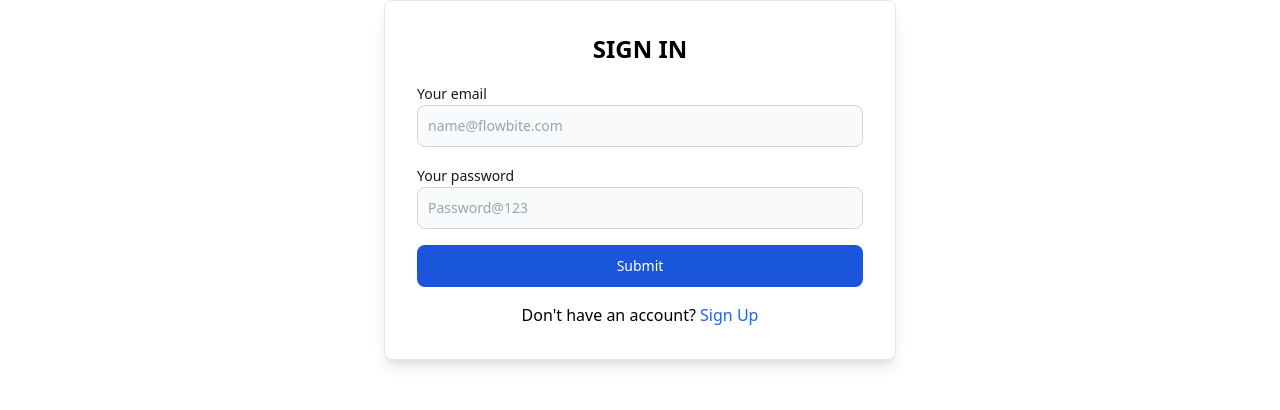
Repository: MahmudShuvo/TeeBay
Page: /dashboard (app in teebay-frontend/)
An editor plug-in stored every save of this project. The page is shown before and after the next save, followed by the edit.
The browser window is 1280 px wide. The pictures show the whole page.
The project was rebuilt for these pictures with package versions that can differ from the ones it lists, and the page was loaded fresh each time. Also part of the build but not shown: teebay-frontend/vite.config.ts, teebay-frontend/src/queries/product.ts, teebay-frontend/src/pages/ConfirmBuy.tsx, teebay-frontend/src/pages/Buy.tsx, teebay-frontend/src/components/ProductCard.tsx, teebay-frontend/src/components/OwnerCard.tsx, teebay-frontend/src/components/LentProducts.tsx, teebay-frontend/src/components/BoughtProducts.tsx and 11 more. Imported but missing from the stored project, and not drawn on this page: teebay-frontend/src/components/SignUp.tsx.

Above is the page before, as saved 2024-07-10 12:05:33.

### teebay-frontend/src/main.tsx
import React from 'react'
import ReactDOM from 'react-dom/client'
import App from './App.jsx'
import {
    ApolloClient,
    InMemoryCache,
    ApolloProvider, createHttpLink,
    // ApolloLink,
    // concat,
    // HttpLink
} from '@apollo/client';
import './index.css'
import {setContext} from "@apollo/client/link/context/index.js";

// const httpLink = new HttpLink({
//   uri: 'http://localhost:4000/graphql',
// });
// const authMiddleware = new ApolloLink((operation, forward) => {
//   const token = window.localStorage.getItem('token');
//   operation.setContext({
//     headers: {
//       authorization: token ? `Bearer ${token}` : '',
//     }
//   });
//   return forward(operation);
// });

// const client = new ApolloClient({
//     uri: 'http://localhost:4000/graphql',
//     cache: new InMemoryCache(),
// });

const httpLink = createHttpLink({
  uri: 'http://localhost:4000/graphql',
});

const authLink = setContext((_, { headers }) => {
  // get the authentication token from local storage if it exists
  const token = localStorage.getItem('token');
    console.log('token', token);
  // return the headers to the context so httpLink can read them
  return {
    headers: {
      ...headers,
      authorization: token ? `Bearer ${token}` : "",
    }
  }
});

const client = new ApolloClient({
  link: authLink.concat(httpLink),
  cache: new InMemoryCache()
});

ReactDOM.createRoot(document.getElementById('root')!).render(
    <ApolloProvider client={client}>
        <React.StrictMode>
            <App/>
        </React.StrictMode>
    </ApolloProvider>,
)

### teebay-frontend/src/App.tsx
import {
    BrowserRouter,
    Outlet, Route,
    Routes,
    useNavigate
} from 'react-router-dom';
import Buy from './pages/Buy';
import {Dashboard as PageDashboard} from './pages/Dashboard';
import {HiChartPie, HiViewBoards} from "react-icons/hi"
import {Sidebar} from "flowbite-react";
import {AuthProvider, useAuth} from "./hooks/useAuth";
import {ProtectedRoute} from "./components/ProtectedRoute.tsx";
import MyProducts from "./components/MyProducts.tsx";
import {Login} from "./components/Login.tsx";
import SignUp from "./components/SignUp.tsx";
import MainNav from "./components/MainNav.tsx";
import HomePage from "./pages/HomePage.tsx";

export default function App() {
    return (
        <BrowserRouter>
            <AuthProvider>
                <Routes>
                    <Route path="/" element={<Layout/>}>
                        <Route index element={<HomePage/>}/>
                        <Route path="/product/:productId" element={<Buy/>}/>
                    </Route>
                    <Route path="/dashboard"
                           element={<ProtectedRoute><DashboardLayout/></ProtectedRoute>}>
                        <Route index element={<PageDashboard/>}/>
                        <Route path="/dashboard/products" element={<MyProducts/>}/>
                    </Route>
                    <Route path="/login" element={<Login/>}/>
                    <Route path="/signup" element={<SignUp/>}/>
                </Routes>
            </AuthProvider>
        </BrowserRouter>
    );
}


export function DashboardLayout() {
    const navigate = useNavigate()
    const {user} = useAuth()
    return (
        <div>
            <MainNav/>

            <div className='min-h-screen mx-auto container text-sm'>
                <div className="grid grid-cols-4 gap-x-8">
                    <div className='col-span-1 shadow'>
                        <Sidebar aria-label="Default sidebar example">
                            <Sidebar.Items>
                                <Sidebar.ItemGroup>
                                    <Sidebar.Item icon={HiChartPie}>
                                        {user?.name}
                                        <span className="block">{user?.email}</span>
                                    </Sidebar.Item>

                                </Sidebar.ItemGroup>
                                <Sidebar.ItemGroup>
                                    <Sidebar.Item onClick={() => navigate("/dashboard/products")}
                                                  icon={HiChartPie}>
                                        My Products
                                    </Sidebar.Item>
                                    <Sidebar.Item onClick={() => navigate("/dashboard")}
                                                  icon={HiViewBoards} label="all"
                                                  labelColor="dark">
                                        History
                                    </Sidebar.Item>
                                </Sidebar.ItemGroup>
                                <Sidebar.ItemGroup>
                                    <Sidebar.Item href="#" icon={HiChartPie}>
                                        Logout
                                    </Sidebar.Item>
                                </Sidebar.ItemGroup>
                            </Sidebar.Items>
                        </Sidebar>
                    </div>

                    <div className='col-span-3'>
                        <Outlet/>
                    </div>
                </div>
            </div>
        </div>
    );
}

export function Layout() {
    return (
        <div>
            <MainNav/>

            <div className='min-h-screen mx-auto container'>
                <Outlet/>
            </div>
        </div>
    );
}

### teebay-frontend/src/index.css
@import '../node_modules/flowbite';

@tailwind base;
@tailwind components;
@tailwind utilities;

### teebay-frontend/src/hooks/useAuth.tsx
import React, {createContext, useContext, useMemo, ReactNode, useEffect} from 'react';
import {useNavigate} from 'react-router-dom';
import {useLocalStorage} from './useLocalStorage';

// Define the shape of the context value
interface AuthContextType {
    user: any;
    loading: boolean;
    login: (data: any) => Promise<void>;
    logout: () => void;
}

// Create the AuthContext with a default value
const AuthContext = createContext<AuthContextType | undefined>(undefined);

// Define the shape of the AuthProvider props
interface AuthProviderProps {
    children: ReactNode;
}


export const AuthProvider: React.FC<AuthProviderProps> = ({children}) => {
    const [user, setUser] = React.useState<any | null>(null);
    const [loading, setLoading] = React.useState(true);
    const [localUser, setLocalUser] = useLocalStorage<any>('user');
    const navigate = useNavigate();

    useEffect(() => {
        if (localUser) {
            setUser(localUser);
        }
        setLoading(false);
    }, [localUser]);

    // call this function when you want to authenticate the user
    const login = async (data: any) => {
        setLocalUser(data);
        setUser(data);
        navigate('/dashboard');
    };

    // call this function to sign out logged-in user
    const logout = () => {
        localStorage.removeItem('user');
        localStorage.removeItem('token');
        setUser(null);
        navigate('/', {replace: true});
    };

    const value = useMemo(
        () => ({
            user,
            loading,
            login,
            logout,
        }),
        [user, loading]
    );

    return <AuthContext.Provider value={value}>{children}</AuthContext.Provider>;
};

// Custom hook to use the AuthContext
export const useAuth = (): AuthContextType => {
    const context = useContext(AuthContext);
    if (context === undefined) {
        throw new Error('useAuth must be used within an AuthProvider');
    }
    return context;
};

### teebay-frontend/src/components/ProtectedRoute.tsx
import React, {ReactNode} from 'react';
import {Navigate} from 'react-router-dom';
import {useAuth} from '../hooks/useAuth'; // Adjust the path as needed

interface ProtectedRouteProps {
    children: ReactNode;
}

export const ProtectedRoute: React.FC<ProtectedRouteProps> = ({children}) => {
    const {user, loading} = useAuth();

    if (loading) {
        return <div>Loading...</div>; // You can replace this with a proper loading indicator
    }

    if (!user) {
        return <Navigate to="/login"/>;
    }

    return <>{children}</>;
};

### teebay-frontend/src/components/Login.tsx
import React from "react";
import {Button, Checkbox, Label, TextInput} from "flowbite-react";
import {LOGIN_MUTATION} from "../queries/authentication";
import {useMutation} from "@apollo/client";
import {useAuth} from "../hooks/useAuth";
import {useForm} from "react-hook-form";
import {useLocalStorage} from "../hooks/useLocalStorage";
import {useNavigate} from "react-router-dom";

export function Login() {
    const {user: loginUser, login} = useAuth();
    const [token, setToken] = useLocalStorage("token")
    const [user, setUser] = useLocalStorage("user")
    const navigate = useNavigate()
    const form = useForm()

    const [loginMutation, {loading, error}] = useMutation(LOGIN_MUTATION, {
        onCompleted: (data) => {
            if (data.login.token) {
                setToken(data.login.token);
                login(data.login.user);
            }
        },
    });

    const handleSubmit = async (data: any) => {
        await loginMutation({variables: {email: data?.email, password: data?.password}})
    };
    if (loginUser) {
        navigate('/')
    }
    return (
        <div className="min-h-screen flex justify-center items-center bg-white">
            <div
                className="w-full max-w-lg p-8 bg-white border shadow-lg rounded-lg border-black">
                <h3 className="text-center font-bold text-2xl mb-4">SIGN IN</h3>
                <form onSubmit={form.handleSubmit(handleSubmit)}>
                    <div className="mb-4">
                        <Label htmlFor="email1" value="Your email"/>
                        <TextInput {...form.register('email')} id="email1" type="email"
                                   placeholder="name@flowbite.com" required className="w-full"/>
                    </div>
                    <div className="mb-4">
                        <Label htmlFor="password1" value="Your password"/>
                        <TextInput {...form.register('password')} id="password1" type="password"
                                   placeholder="Password@123" required className="w-full"/>
                    </div>
                    {/* <div className="flex items-center mb-4">
                        <Checkbox id="remember"/>
                        <Label htmlFor="remember" className="ml-2">Remember me</Label>
                    </div> */}
                    <Button type="submit" color="blue" className="w-full mt-20">Submit</Button>
                </form>
                <div className="mt-4 text-center">
                    <p>
                        Don't have an account? <a href="/signup"
                                                  className="text-blue-600 hover:underline">Sign
                        Up</a>
                    </p>
                </div>
            </div>
        </div>
    );
}

### teebay-frontend/src/hooks/useLocalStorage.tsx
import {useState} from 'react';

export const useLocalStorage = <T, >(keyName: string) => {
    const [storedValue, setStoredValue] = useState<T>(() => {
        try {
            const value = window.localStorage.getItem(keyName);
            if (value) {
                return JSON.parse(value) as T;
            }
        } catch (err) {
            return
        }
    });

    const setValue = (newValue: T) => {
        try {
            if (newValue === undefined || newValue === null) {
                return
            }
            if (typeof newValue === 'string') {
                window.localStorage.setItem(keyName, newValue);
            } else {
                window.localStorage.setItem(keyName, JSON.stringify(newValue));
            }
        } catch (err) {
            console.error(err);
        }
        setStoredValue(newValue);
    };

    return [storedValue, setValue] as const;
};

### teebay-frontend/src/queries/authentication.ts
import {gql} from "@apollo/client";

export const LOGIN_MUTATION = gql`
  mutation Login($email: String!, $password: String!) {
    login(email: $email, password: $password) {
      token
      user {
        id
        email
        name
      }
    }
  }
`;

export const ME_QUERY = gql`
  query Me {
    me {
      id
      email
      name
    }
  }
`;

After the next save:
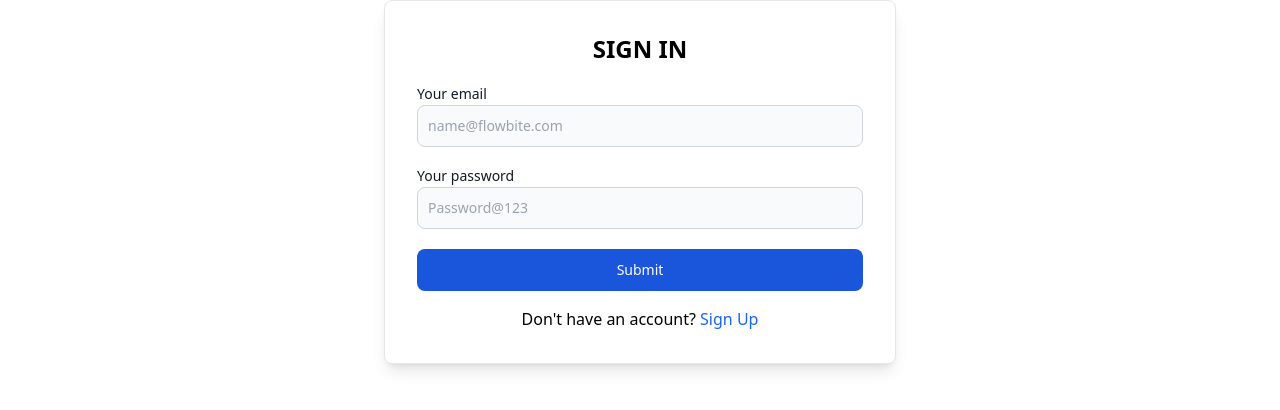
Saved 7 s later.
--- a/teebay-frontend/src/components/Login.tsx
+++ b/teebay-frontend/src/components/Login.tsx
@@ -49,7 +49,7 @@ export function Login() {
                         <Checkbox id="remember"/>
                         <Label htmlFor="remember" className="ml-2">Remember me</Label>
                     </div> */}
-                    <Button type="submit" color="blue" className="w-full mt-20">Submit</Button>
+                    <Button type="submit" color="blue" className="w-full mt-5">Submit</Button>
                 </form>
                 <div className="mt-4 text-center">
                     <p>
